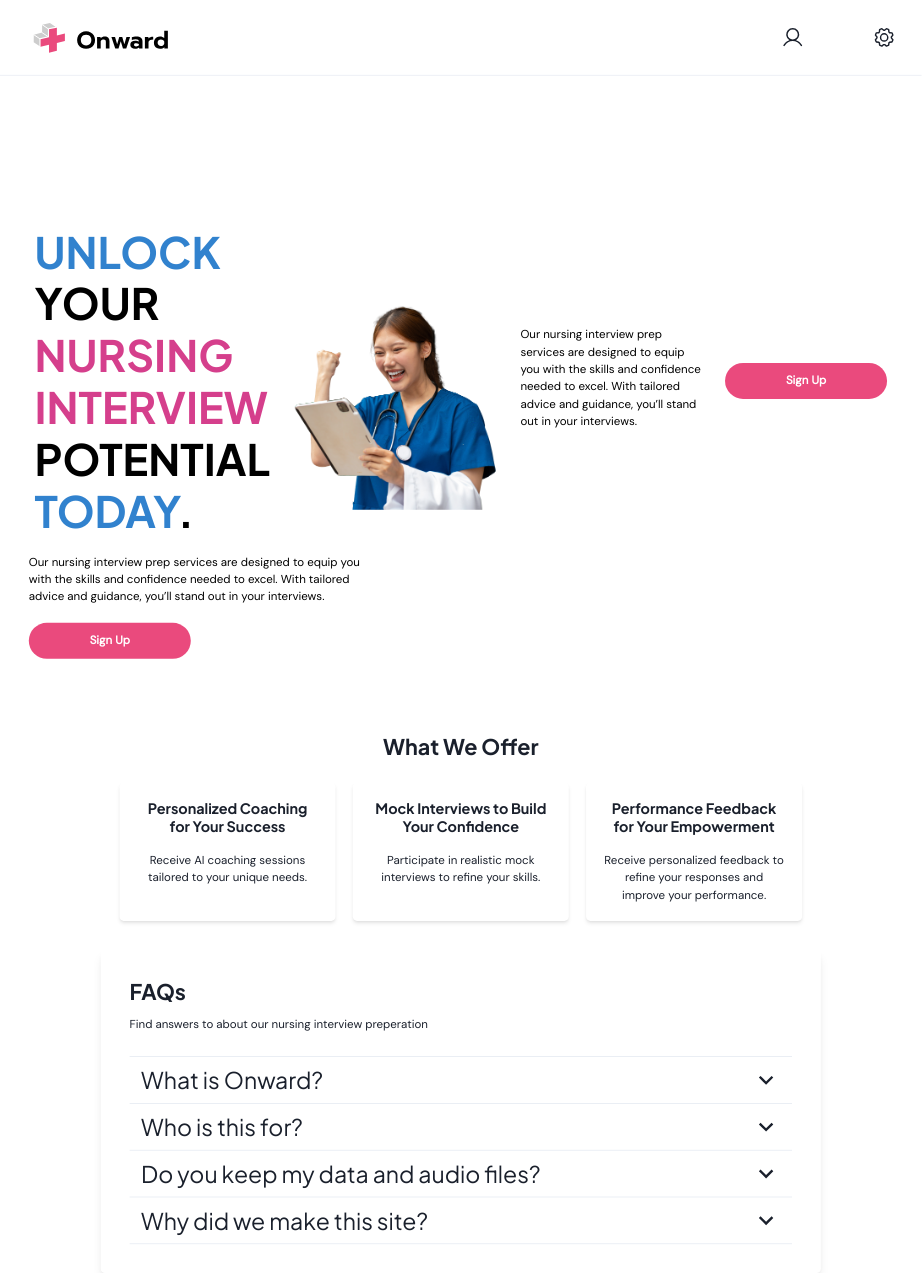
Repository: Aladdin3r/onward
Page: /landing-page
The author's editor kept a copy of each file at every save. The page is drawn from the files as they stood at one save, then again after the next save.
The browser window is 1280 px wide. The pictures show the whole page, at 72% of full size.
The project was rebuilt for these pictures with package versions that can differ from the ones it lists, and the page was loaded fresh each time. The framework's server and built-in components were replaced by stand-ins that run in the browser. Also part of the build but not shown: next.config.mjs, styles/components/AppTopNav.js, styles/components/Layout.js.

Above is the page before, as saved 2024-10-29 02:15:28.

After the next save:
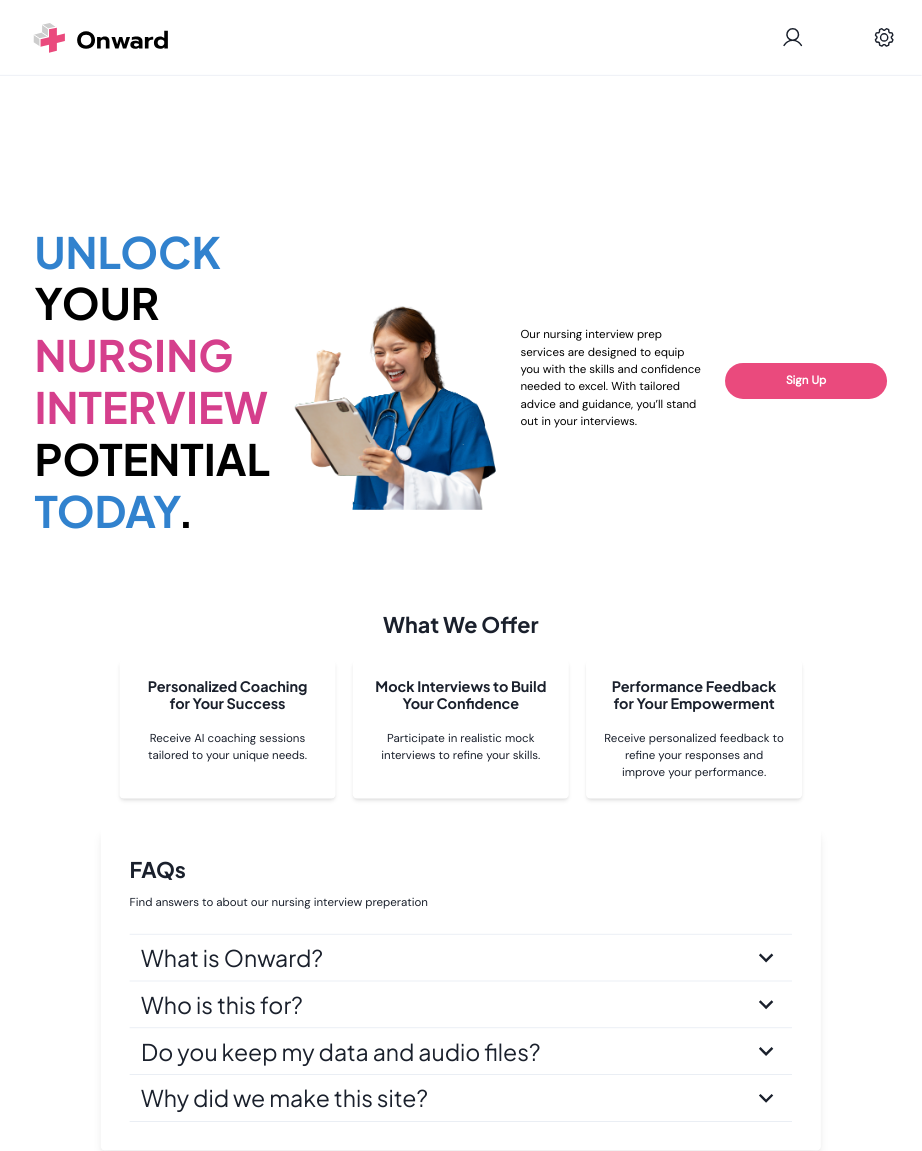
Saved 8 s later.
--- a/pages/landing-page.js
+++ b/pages/landing-page.js
@@ -94,24 +94,7 @@ export default function Home() {
 
 
 
-                <Text fontFamily="body" fontSize="x" color="black" mb={6} width="40%">
-                    Our nursing interview prep services are designed to equip you with the skills and confidence needed to excel. With tailored advice and guidance, you’ll stand out in your interviews.
-                </Text>
-                <Button
-                    mt="2"
-                    bg="#EA4A7D"
-                    color="#FFFFFF"
-                    width="50%"
-                    height="50px"
-                    maxW="225px"
-                    fontWeight="semibold"
-                    fontSize="16px"
-                    borderRadius="full"
-                    px="6"
-                    mb="6"
-                >
-                    Sign Up
-                </Button>
+
             </Box>
 
             {/* What We Offer Section */}
